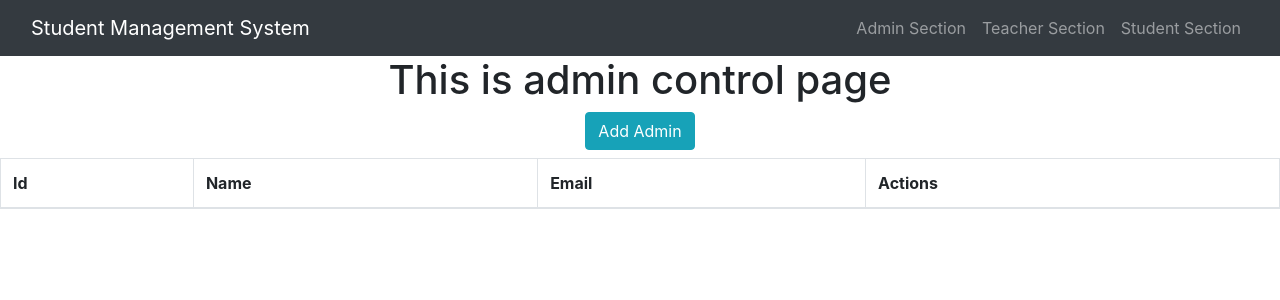
Repository: arupmaji404/StudentManagementSystem
Page: http://localhost/admin/admincontrol
An editor plug-in stored every save of this project. The page is shown before and after the next save, followed by the edit.
The browser window is 1280 px wide. The pictures show the whole page.
The page is this project's Thymeleaf template; nobody is signed in. The template is opened directly, without the code that normally fills it, so the values that code supplies are empty.

Above is the page before, as saved 2022-09-20 07:07:43.

After the next save:
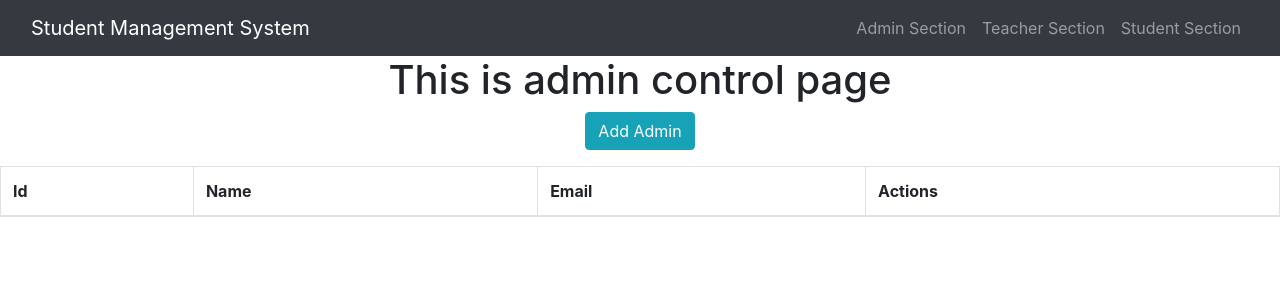
Saved 51 min 19 s later.
--- a/StudentManagementSystem/src/main/resources/templates/admin/admincontrol.html
+++ b/StudentManagementSystem/src/main/resources/templates/admin/admincontrol.html
@@ -3,7 +3,7 @@
 <html lang="en" xmlns:th="http://www.thymeleaf.org">
 <head>
 <meta charset="ISO-8859-1">
-<title>SMS</title>
+<title>Employee</title>
 <link rel="stylesheet"
 	href="https://stackpath.bootstrapcdn.com/bootstrap/4.1.3/css/bootstrap.min.css"
 	integrity="sha384-MCw98/SFnGE8fJT3GXwEOngsV7Zt27NXFoaoApmYm81iuXoPkFOJwJ8ERdknLPMO"
@@ -14,7 +14,7 @@
 	<div class="text-center mb-2">
 		<h1>This is admin control page</h1>
 
-		<a th:href="@{/admin/addAdminForm}" class="btn btn-info">Add Admin</a>
+		<a th:href="@{/admin/addAdminForm}" class="btn btn-info mb-2">Add Admin</a>
 	</div>
 	<table class="table table-bordered table-striped">
 		<thead>
